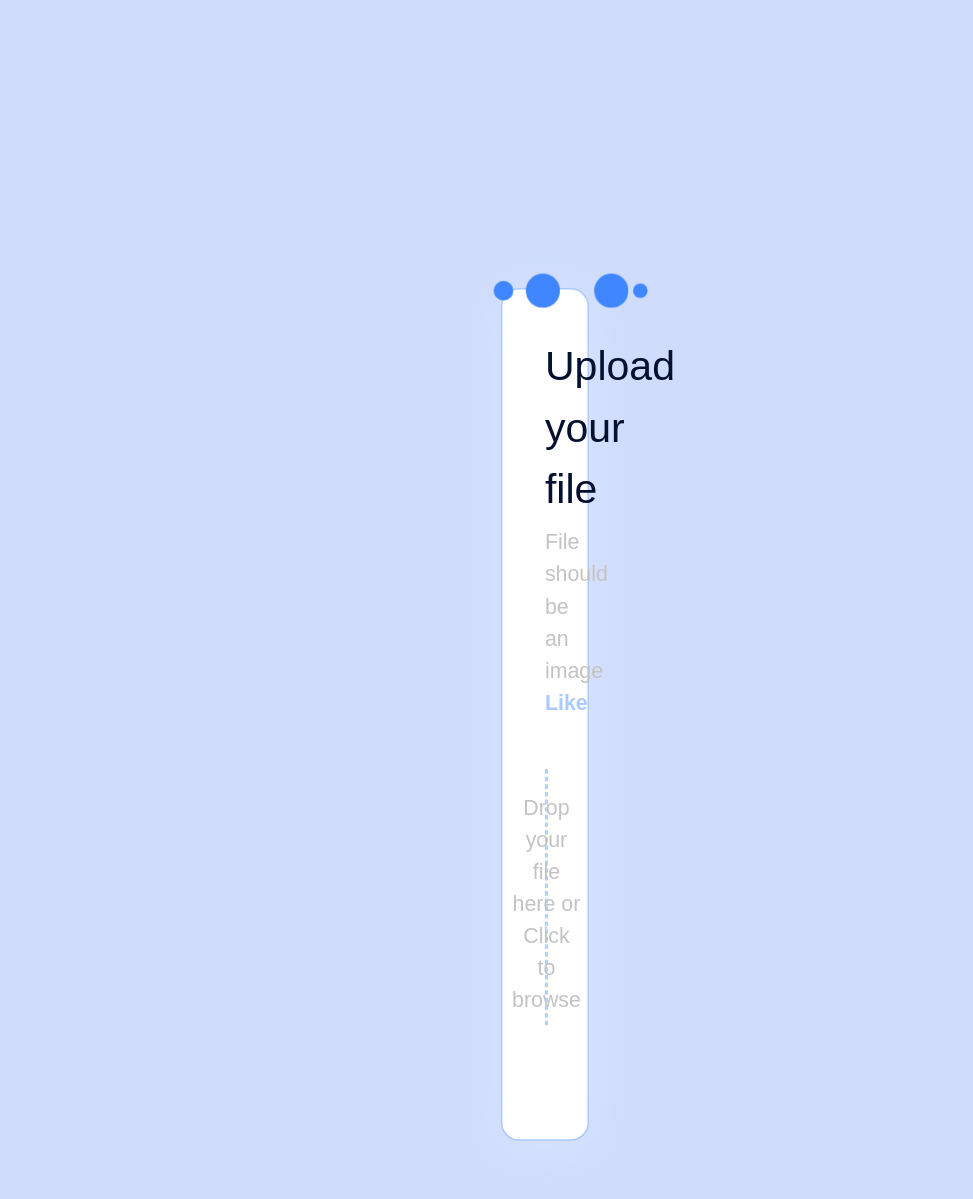
Repository: ThuongDuy/Phan_loai_anh
Page: hcsdlpt/index.html
These files come from the project's save history. The page is drawn as it stood at one moment and after the next save; the edit follows.
The browser window is 1280 px wide. The pictures show the whole page, at 76% of full size.

Above is the page before, as saved 2023-06-01 17:22:56.

After the next save:
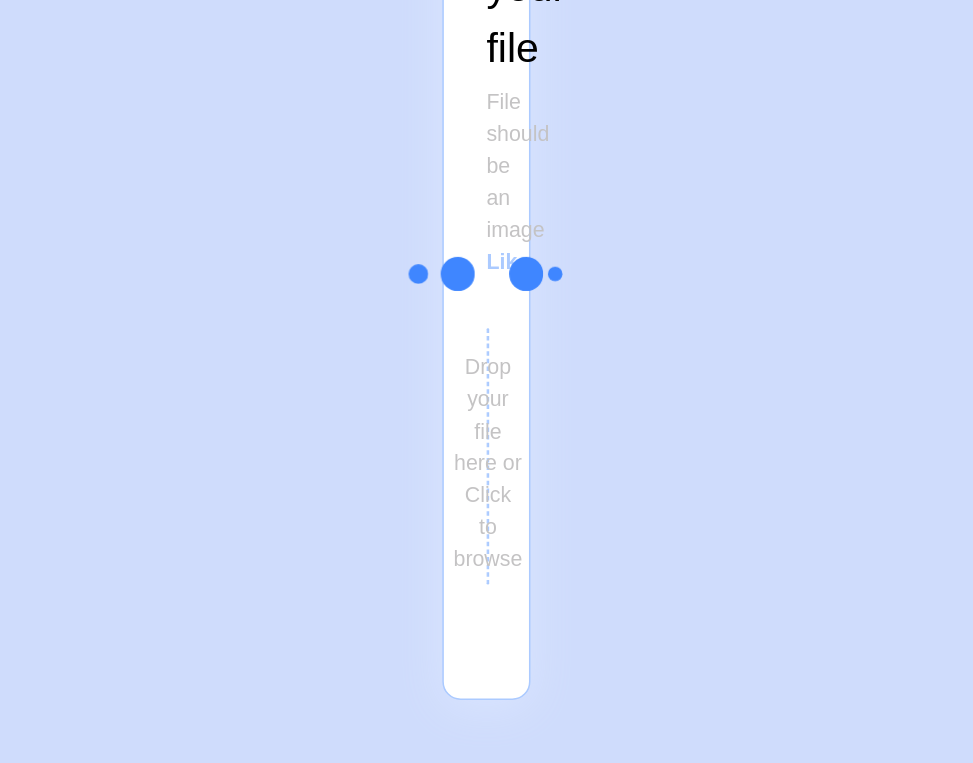
Saved 24 s later.
--- a/hcsdlpt/main.css
+++ b/hcsdlpt/main.css
@@ -14,16 +14,7 @@
 }
 
 body {
-    margin: 0;
-    padding: 0;
-    background-color: var(--clr-light);
-    color: var(--clr-black);
-    font-family: 'Poppins', sans-serif;
-    font-size: 1.125rem;
-    min-height: 100vh;
-    display: flex;
-    justify-content: center;
-    align-items: center;
+
 }
 
 /* End General Styles */
@@ -676,6 +667,16 @@ body {
 
 .wrapper {
     position: relative;
+    margin: 0;
+    padding: 0;
+    background-color: var(--clr-light);
+    color: var(--clr-black);
+    font-family: 'Poppins', sans-serif;
+    font-size: 1.125rem;
+    min-height: 100vh;
+    display: flex;
+    justify-content: center;
+    align-items: center;
 }
 .upload-area {
     position: absolute;
